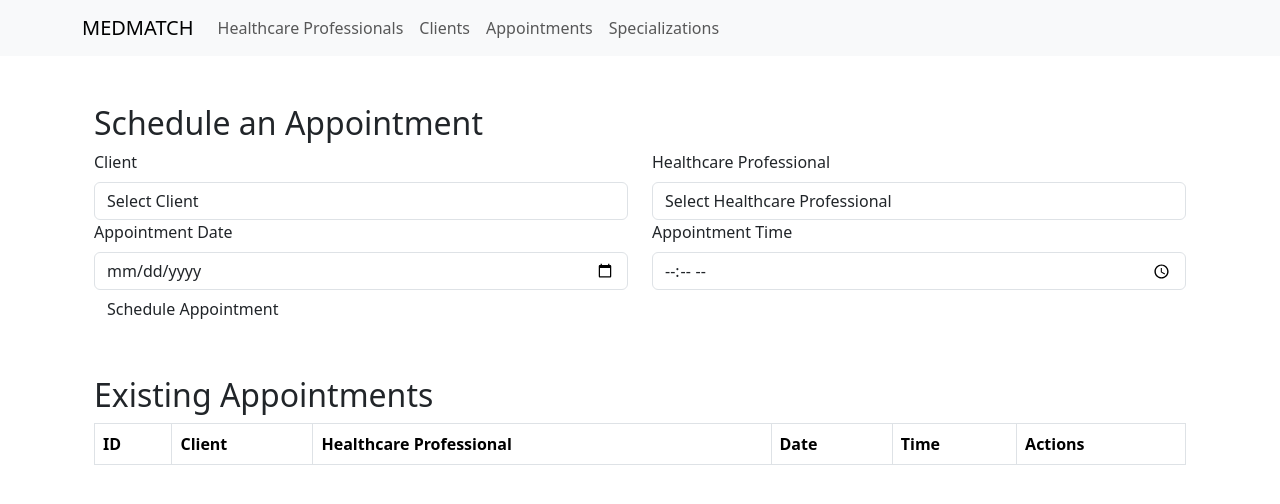
Repository: fahma20/medmatch-platform
Page: /appointments (app in client/)
The author's editor kept a copy of each file at every save. The page is drawn from the files as they stood at one save, then again after the next save.
The browser window is 1280 px wide. The pictures show the whole page.
The page's requests for data from a server got no answer. The project was rebuilt for these pictures with package versions that can differ from the ones it lists, and the page was loaded fresh each time. No one was signed in, and anything a server would have sent is missing. Also part of the build but not shown: client/src/components/Healthcareprofessionals.js, client/src/components/Specializations.js, client/src/components/Clients.js, client/src/components/Homepage.js.

Above is the page before, as saved 2025-02-01 16:34:51.

After the next save:
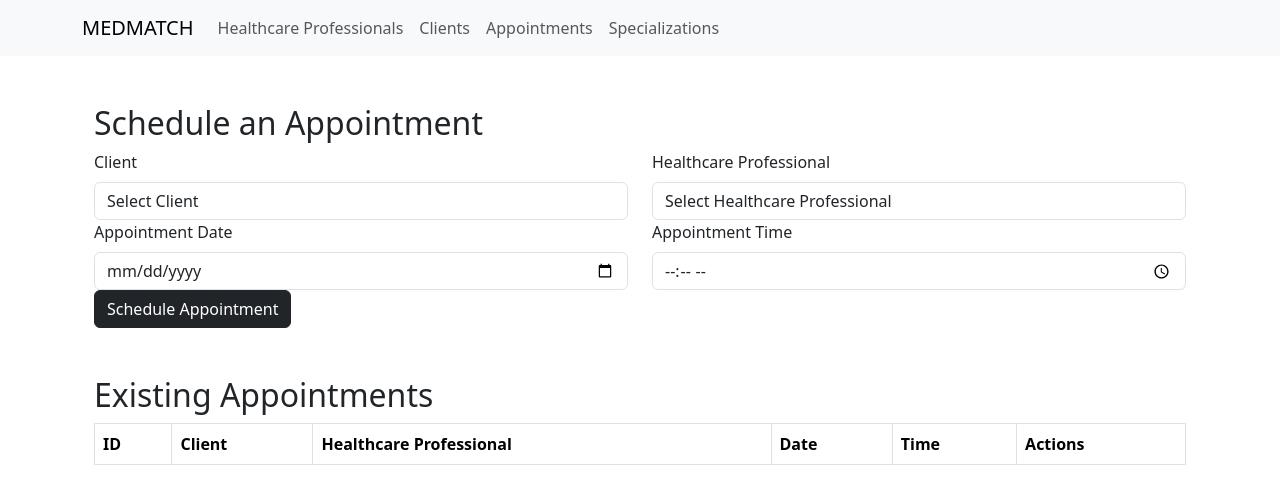
Saved 12 s later.
--- a/client/src/components/Appointments.js
+++ b/client/src/components/Appointments.js
@@ -349,7 +349,7 @@ const Appointments = () => {
           </Col>
         </Row>
 
-        <Button variant="1b263b" type="submit">Schedule Appointment</Button>
+        <Button variant="dark" type="submit">Schedule Appointment</Button>
       </Form>
 
       <h2 className="mt-5">Existing Appointments</h2>
